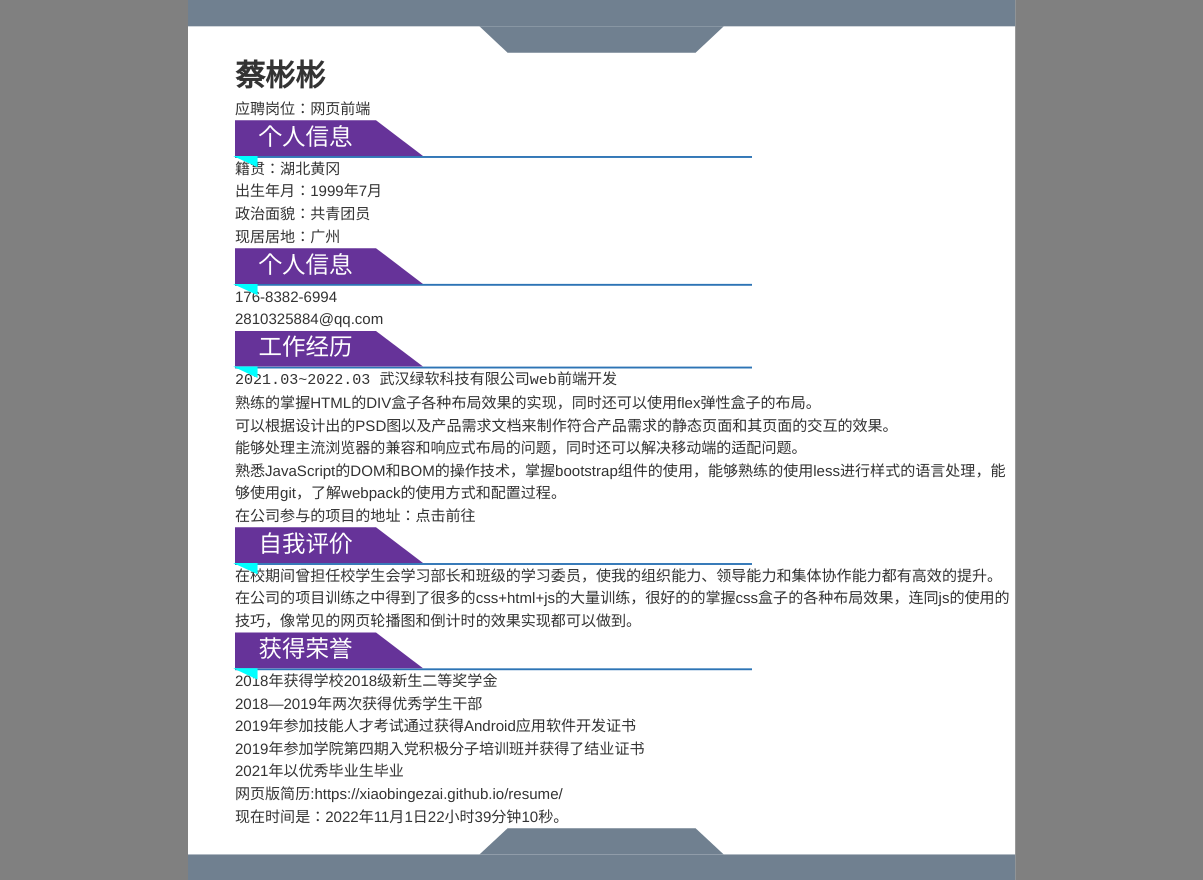
Repository: xiaobingezai/resume
Page: index.html
An editor plug-in stored every save of this project. The page is shown before and after the next save, followed by the edit.
The browser window is 1280 px wide. The pictures show the whole page, at 94% of full size.

Above is the page before, as saved 2022-11-02 22:46:28.

After the next save:
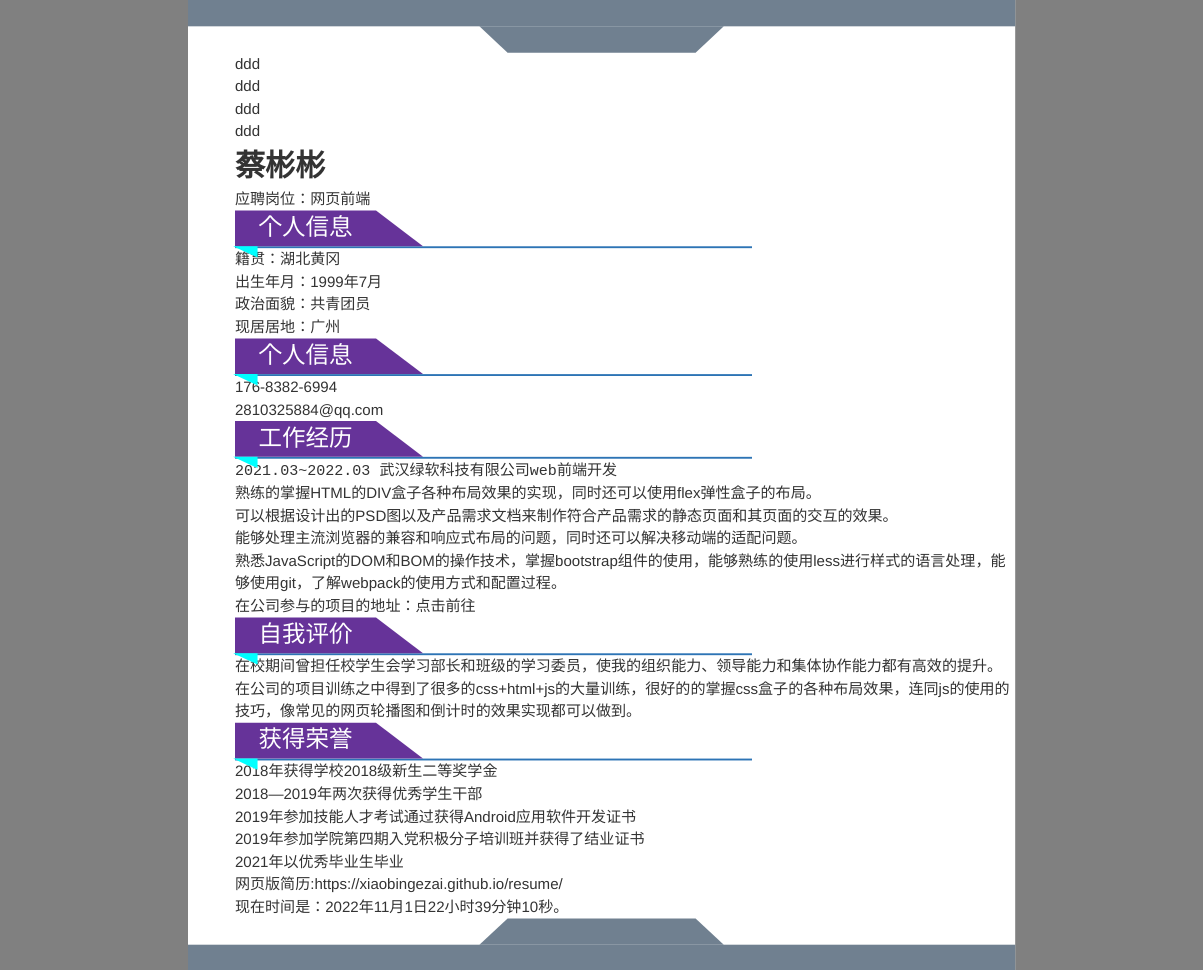
Saved 35 s later.
--- a/index.html
+++ b/index.html
@@ -15,10 +15,10 @@
         <div id="head">
             <div class="jiaoYuBeiJing">
                 <ul>
-                    <li></li>
-                    <li></li>
-                    <li></li>
-                    <li></li>
+                    <li>ddd</li>
+                    <li>ddd</li>
+                    <li>ddd</li>
+                    <li>ddd</li>
                 </ul>
             </div>
             <div id="content" class="clearfix">
